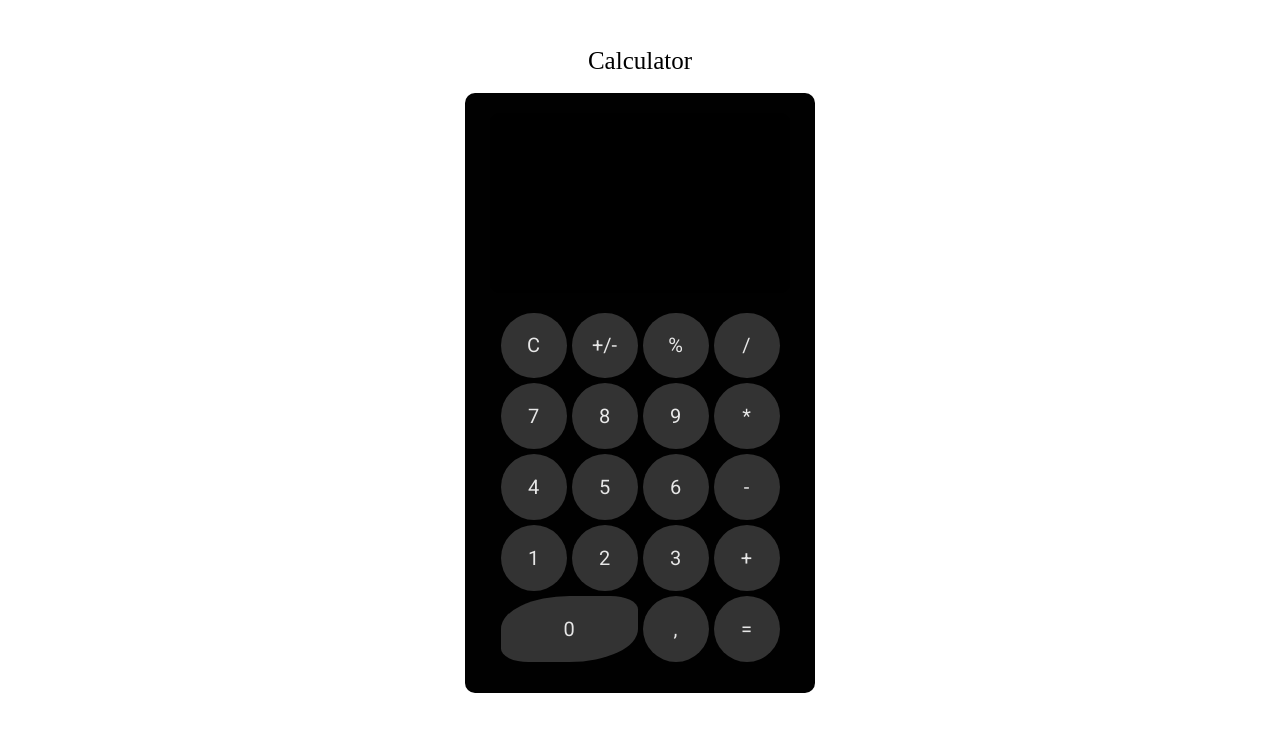
Repository: Gibon9/SimpleCalc
Page: index.html
These files come from the project's save history. The page is drawn as it stood at one moment and after the next save; the edit follows.
The browser window is 1280 px wide. The pictures show the whole page.
Some web fonts or font styles are not loaded; a fallback is used.

Above is the page before, as saved 2020-11-27 19:35:02.

### index.html
<!DOCTYPE html>
<html lang="en">
  <head>
    <meta charset="UTF-8" />
    <meta name="viewport" content="width=device-width, initial-scale=1.0" />
    <link rel="stylesheet" href="style/reset.css" />
    <link rel="stylesheet" href="style/style.css" />
    <title>Calculator</title>
  </head>

  <body>
    <main class="main">
      <h1 class="title">Calculator</h1>
      <section class="clac">
        <div class="calc-display" id="display"></div>
        <section class="keyboard" id="keyboard">
          <button class="calc-button c-btn" id="clear">C</button>
          <button class="calc-button plus-minus-btn" id="plus-minus">
            +/-
          </button>
          <button class="calc-button percent-btn" id="percent">%</button>
          <button class="calc-button one-btn" id="btn1">1</button>
          <button class="calc-button two-btn" id="btn2">2</button>
          <button class="calc-button three-btn" id="btn3">3</button>
          <button class="calc-button four-btn" id="btn4">4</button>
          <button class="calc-button five-btn" id="btn5">5</button>
          <button class="calc-button six-btn" id="btn6">6</button>
          <button class="calc-button seven-btn" id="btn7">7</button>
          <button class="calc-button eight-btn" id="btn8">8</button>
          <button class="calc-button nine-btn" id="btn9">9</button>
          <button class="calc-button zero-btn" id="btn0">0</button>
          <button class="calc-button plus-btn" id="plus">+</button>
          <button class="calc-button minus-btn" id="minus">-</button>
          <button class="calc-button divide-btn" id="divide">/</button>
          <button class="calc-button multiply-btn" id="multiply">*</button>
          <button class="calc-button equal-btn" id="equal">=</button>
          <button class="calc-button coma-btn" id="coma">,</button>
        </section>
      </section>
    </main>
    <script src="./index.js"></script>
  </body>
</html>

### style/style.css
@import url("https://fonts.googleapis.com/css2?family=Roboto&family=Saira+Stencil+One&display=swap");

:root {
  --background-color: #010101;
  --display-color: black;
  --primary-btn-color: ##a5a5a5;
  --secondary-color: #333333;
  --secondary-btn-color: #fd9624;
  --text-color: #e7e7e7;
}

.calc-display,
.title {
  font-family: "Saira Stencil One", cursive;
}

.calc-button {
  font-family: "Roboto", sans-serif;
}

.main {
  display: flex;
  flex-direction: column;
  justify-content: center;
  align-items: center;
  width: 100vw;
  height: 100vh;
}

.title {
  font-size: 25px;
  margin: 20px 0;
}

.clac {
  width: 350px;
  height: 600px;
  background-color: var(--background-color);
  border-radius: 10px;
}

.calc-display {
  margin: 20px auto;
  width: 300px;
  height: 30%;
  background-color: var(--display-color);
  color: var(--primary-color);
  border-radius: 10px;
  font-size: 40px;
}

.keyboard {
  height: 70%;
  display: grid;
  grid-template-columns: repeat(10, 1fr);
  grid-template-rows: repeat(12, 1fr);
  gap: 5px 5px;
}

.calc-button {
  font-size: 20px;
  color: var(--text-color);
  background-color: var(--secondary-color);
  border-radius: 50%;
  border: none;
}

.c-btn {
  grid-column: 2/4;
  grid-row: 1/3;
}

.plus-minus-btn {
  grid-column: 4/6;
  grid-row: 1/3;
}

.percent-btn {
  grid-column: 6/8;
  grid-row: 1/3;
}

.divide-btn {
  grid-column: 8/10;
  grid-row: 1/3;
}

.seven-btn {
  grid-column: 2/4;
  grid-row: 3/5;
}

.eight-btn {
  grid-column: 4/6;
  grid-row: 3/5;
}

.nine-btn {
  grid-column: 6/8;
  grid-row: 3/5;
}

.multiply-btn {
  grid-column: 8/10;
  grid-row: 3/5;
}

.four-btn {
  grid-column: 2/4;
  grid-row: 5/7;
}

.five-btn {
  grid-column: 4/6;
  grid-row: 5/7;
}

.six-btn {
  grid-column: 6/8;
  grid-row: 5/7;
}

.minus-btn {
  grid-column: 8/10;
  grid-row: 5/7;
}

.one-btn {
  grid-column: 2/4;
  grid-row: 7/9;
}

.two-btn {
  grid-column: 4/6;
  grid-row: 7/9;
}

.three-btn {
  grid-column: 6/8;
  grid-row: 7/9;
}

.plus-btn {
  grid-column: 8/10;
  grid-row: 7/9;
}

.zero-btn {
  grid-column: 2/6;
  grid-row: 9/11;
  border-radius: 50% 20%;
}

.coma-btn {
  grid-column: 6/8;
  grid-row: 9/11;
}

.equal-btn {
  grid-column: 8/10;
  grid-row: 9/11;
}

Loaded but not shown: style/reset.css (common file); index.js (no copy from this time; the picture is the same without it)

After the next save:
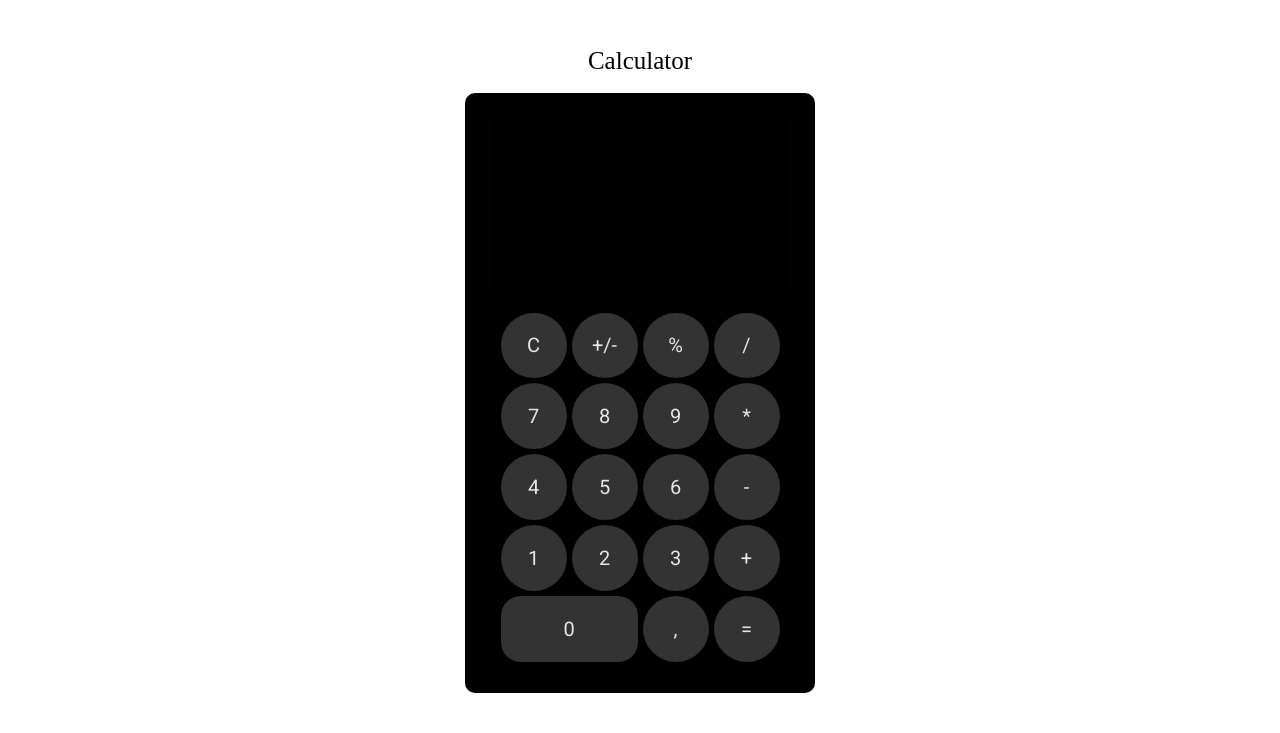
Saved 24 s later.
--- a/style/style.css
+++ b/style/style.css
@@ -148,7 +148,7 @@
 .zero-btn {
   grid-column: 2/6;
   grid-row: 9/11;
-  border-radius: 50% 20%;
+  border-radius: 20px;
 }
 
 .coma-btn {
